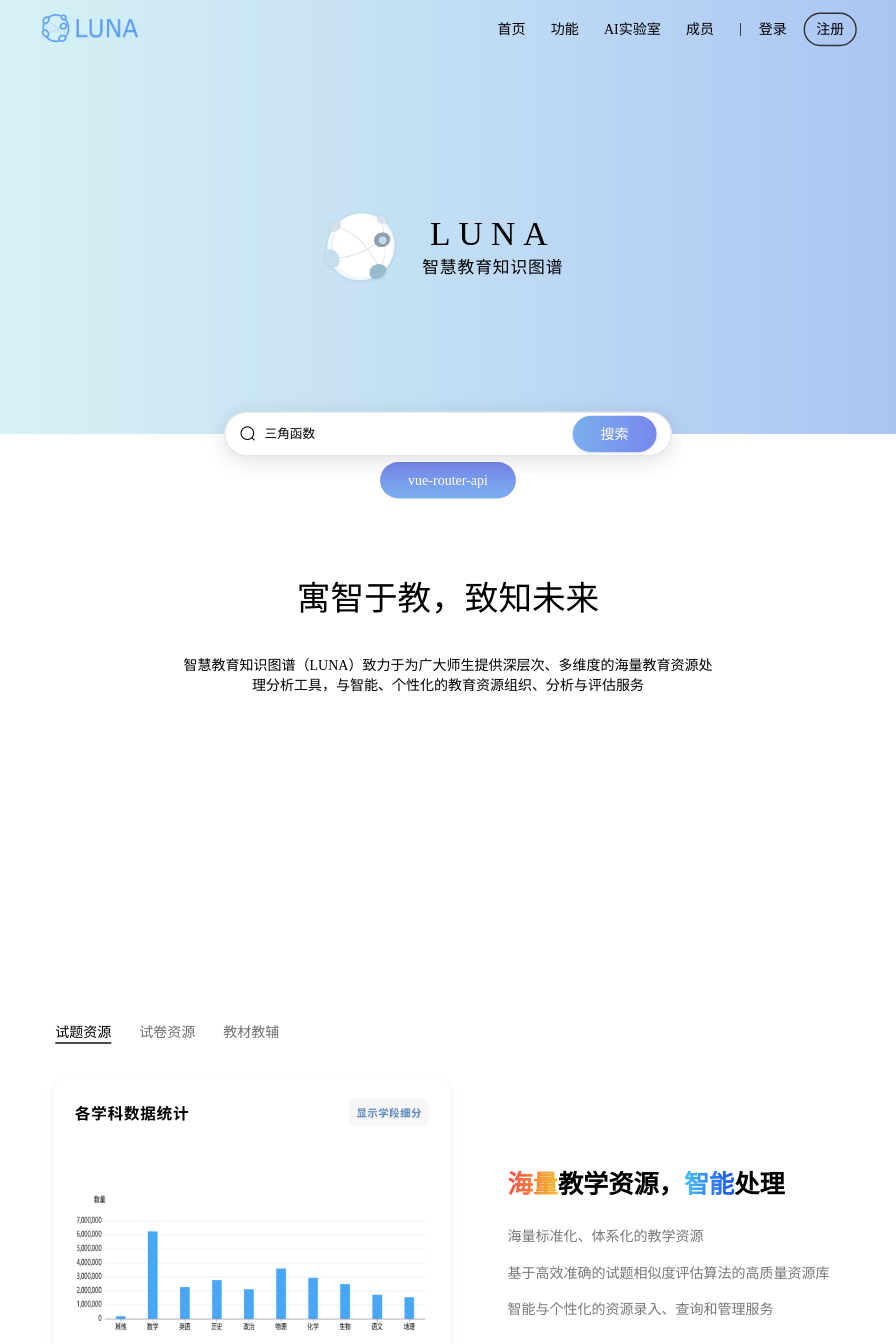
Repository: xydzy1/vue-start
Page: /
The author's editor kept a copy of each file at every save. The page is drawn from the files as they stood at one save, then again after the next save.
The browser window is 1280 px wide. The pictures show the part of the page from y = 0 to 1920 px (the page is 4352 px tall), at 70% of full size.
The project was rebuilt for these pictures with package versions that can differ from the ones it lists, and the page was loaded fresh each time. Also part of the build but not shown: vite.config.js, vue.config.cjs, src/assets/part1.css.

Above is the page before, as saved 2023-08-13 10:37:18.

### index.html
<!doctype html>
<html lang="en">
  <head>
    <meta charset="UTF-8" />
    <link rel="icon" type="image/svg+xml" href="/vite.svg" />
    <meta name="viewport" content="width=device-width, initial-scale=1.0" />
    <title>Vite App</title>
  </head>
  <body>
    <div id="app"></div>
    <script type="module" src="./src/main.js"></script>
  </body>
</html>

### src/main.js
// main.js
import Vue from "vue";
import VueRouter from 'vue-router'
import router from './router'
import App from "./App.vue"
import axios from 'axios'
import './style/tailwind.css'
import ElementUI from "element-ui"
import 'element-ui/lib/theme-chalk/index.css'
import './assets/part1.css'



Vue.use(ElementUI)
Vue.use(VueRouter);

new Vue({
   router,
   el: "#app",
   render: (h) => h(App)
}).$mount();

### src/App.vue
<template>
	<div>
		<router-view/>
	</div>
</template>

<script>

</script>

### src/components/main.vue
<template>
	<body class="font-Sara items-center overflow-x-hidden">
		<part1/>
		<part2/>
		<part3/>
		<part4/>
	</body>
</template>

<style scoped>

</style>

<script>
	import part1 from './all_part/part1.vue'
	import part2 from './all_part/part2.vue'
	import part3 from './all_part/part3.vue'
	import part4 from './all_part/part4.vue'
	export default{
		data() {
			return {}
		},
		methods:{},
		created(){
		},
		components:{part1,part2,part3,part4},
	}
	//导航栏响应滚动变色
	window.onscroll=function(){
		var topScroll =window.pageYOffset;
		console.log(topScroll)
		var nav=document.getElementById("nav");
		if(topScroll>120){
			nav.style.backgroundColor = 'rgba(255,255,255,0.75)';
			nav.style.backdropFilter = 'blur(24px)';
		}
		else{
			nav.style.backgroundColor = '';
			nav.style.backdropFilter = '';
		}
	}

</script>

### src/components/all_part/part1.vue
<template>
    <div>
        <div class="w-full max-w-1280 p-10 md:p-5 absolute flex items-center justify-center h-p1_1_nh md:h-p1_1_wh bg-gradient-to-r from-p1_c3 from-0% via-p1_c2 via-45% to-p1_c1 to-100% bg-opacity-100">
			<div class="fixed flex flex-row top-0 w-full z-50 py-nav_py" id="nav">
				<span class="flex-none pl-14">
					<img src="../../image/logo.png" class="w-36 h-11" >
				</span>
				<span class="flex-1"></span>
				<span class="hidden flex-none md:flex flex-row flex-nowrap max-w-1280 mx-14 text-xl font-medium">
					<button class="pr-3 hover:text-blue-400">首页</button>
					<button class="pr-3 ml-6 hover:text-blue-400">功能</button>
					<button v-for="item in ['AI实验室','成员']" class="ml-6 pr-3 hover:text-blue-400">{{ item }}</button>
					<span class="ml-6 mt-2">|</span>
					<button class="ml-6 hover:text-blue-400 ">登录</button>
					<button class="border-login_cborder border-2 rounded-full pl-4 pr-4 ml-6 py-2 hover:text-blue-400 ">注册</button>
				</span>
				<span class="flex-1 md:hidden">
					<button class="hover:text-blue-400 text-4xl absolute right-4"><i class="el-icon-menu"></i></button>
				</span>
			</div>
			<div class="absolute flex flex-row max-w-1280 bottom-logo_bottom">
				<span class="flex-none">
					<img src="../../image/logo2.png" class="w-32 h-32">
				</span>
				<span class="mx-3 pt-5">
					<h1 class="text-5xl font-medium px-5 tracking-widest">LUNA</h1>
					<h2 class="text-2xl font-normal text-center max-w-760 mt-2 tracking-wider">智慧教育知识图谱</h2>
				</span>
			</div>
			<div class="absolute flex flex-row shadow-p1_shadow max-w-1280 border-2 rounded-full w-auto md:w-160 h-16 mx-15 md:mx-0 bg-white items-center bottom-0 -bottom-8 z-40">
				<i class="el-icon-search text-2xl ml-5 mr-3"></i>
				<div class="w-search_frame_narrow md:w-search_frame_wide">
					<input type="text" class="my-search_frame_my flex-none text-left text-4.5 font-medium w-search_frame_narrow md:w-search_frame_wide flex-none outline-none z-1" placeholder="在此输入知识点名称" v-model="serchinfo">
				</div>
				<button @click='hello' class="shadow-p1_shadow2 transition duration-300 text-center rounded-full px-10 py-3 z-2 text-white text-xl font-normal bg-gradient-to-r from-p1_cbutton1 to-p1_cbutton2">
					搜索
				</button>
			</div>
		</div>
        <div class="w-full max-w-1280 absolute flex items-center justify-center h-p1_2_nh md:h-p1_2_wh mt-p1_1_nh md:mt-p1_1_wh">
			    <div class="absolute top-10">
				    <button @click="hello" class="transition duration-300 rounded-full pl-10 pr-10 pt-3 pb-3 bg-gradient-to-t from-p1_cbutton1 to-p1_cbutton2 text-white text-xl font-normal">
					    vue-router-api
				    </button>
			    </div>
			    <div class="flex-none absolute top-1/3 w-760 text-center text-5xl font-medium">
				    寓智于教，致知未来
			    </div>
			    <div class="flex-none absolute flex top-1/2 w-760 text-center text-xl font-normal">
					智慧教育知识图谱（LUNA）致力于为广大师生提供深层次、多维度的海量教育资源处理分析工具，与智能、个性化的教育资源组织、分析与评估服务
			    </div>
		</div>
    </div>
</template>


<style scoped>
	button{
		transition-duration: 300ms;
	}
	button:active{
		transform: scale(.95);
	}
	button:hover{
		filter: brightness(.9);
	}
</style>

<script>
    export default{
        name: 'part1',
        data() {
			return {
				serchinfo: '三角函数',
			}
		},
		methods:{
			hello() {
				this.$router.replace('/hello');
			},
		},
    }
</script>

### src/components/all_part/part2.vue
<template>
    <div class="absolute w-full max-w-1280 flex items-center justify-center h-1500 minw:h-1000 mt-p2_mt px-10 minw:px-20 py-50">
			<div class="flex flex-col-reverse minw:flex-row flex-none items-center justify-center">
				<div class="flex flex-col items-center justify-center minw:items-stretch mt-20 minw:mt-0">
					<div class="flex flex-row text-xl font-semibold ml-6">
						<div class="flex flex-col" id="b1">
							<button class="flex-none" @click="c1">试题资源</button>
							<p class="w-auto h-0.5 bg-black" id="l1"></p>
						</div>
						<p class="w-10"></p>
						<div class="flex flex-col" id="b2">
							<button class="flex-none" @click="c2">试卷资源</button>
							<p class="w-auto h-0.5 bg-black" id="l2"></p>
						</div>
						<p class="w-10"></p>
						<div class="flex flex-col" id="b3">
							<button class="flex-none" @click="c3">教材教辅</button>
							<p class="w-auto h-0.5 bg-black" id="l3"></p>
						</div>
					</div>
					<div class="flex items-center justify-center mt-8">
						<div class="flex-none">
							<img src="../../image/data.png" class="w-152.5 h-130">
						</div>
					</div>
				</div>
				<div class="flex flex-col mt-36 ml-15">
					<span class="w-125 text-4xl font-bold text-center minw:text-left">
						<span class="bg-gradient-to-r from-p2_cword1_1 to-p2_cword1_2 inline-block bg-clip-text text-transparent">海量</span>
						<span >教学资源，</span>
						<span class="bg-gradient-to-r from-p2_cword2_1 to-p2_cword2_2 inline-block bg-clip-text text-transparent">智能</span>
						<span>处理</span>
					</span>
					<ul class="w-125 text-xl font-normal text-p3_cword4 mt-10 text-center minw:text-left">
						<li>海量标准化、体系化的教学资源</li>
						<li class="pt-6">基于高效准确的试题相似度评估算法的高质量资源库</li>
						<li class="pt-6">智能与个性化的资源录入、查询和管理服务</li>
					</ul>
					<span class="flex flex-row w-125 text-xl text-white font-normal mt-10">
						<button class="bg-p2_cbutton2 pt-3 pb-3 pl-5 pr-5 mr-4  rounded-xl"><i class="el-icon-edit"></i> 试题录入</button>
						<button class="bg-p2_cbutton3 pt-3 pb-3 pl-5 pr-5 mr-4  rounded-xl"><i class="el-icon-search"></i> 试题检索</button>
						<button class="bg-p2_cbutton1 pt-3 pb-3 pl-5 pr-5  rounded-xl"><i class="el-icon-reading"></i> 智能分析</button>
					</span>
				</div>
			</div>
	</div>
</template>

<style>
	button{
		transition-duration: 300ms;
	}
	button:active{
		transform: scale(.95);
	}
	button:hover{
		filter: brightness(.9);
	}
</style>

<script>
    export default{
        name: 'part2',
		data(){
			return{

			}
		},
		methods:{
			c1(){
				var b1=document.getElementById('b1');
				var b2=document.getElementById('b2');
				var b3=document.getElementById('b3');
				var l1=document.getElementById('l1');
				var l2=document.getElementById('l2');
				var l3=document.getElementById('l3');
				b1.style.color='#000000';
				b2.style.color='#707070';
				b3.style.color='#707070';
				l1.style.display='';
				l2.style.display='none';
				l3.style.display='none';
			},
			c2(){
				var b1=document.getElementById('b1');
				var b2=document.getElementById('b2');
				var b3=document.getElementById('b3');
				var l1=document.getElementById('l1');
				var l2=document.getElementById('l2');
				var l3=document.getElementById('l3');
				b1.style.color='#707070';
				b2.style.color='#000000';
				b3.style.color='#707070';
				l1.style.display='none';
				l2.style.display='';
				l3.style.display='none';
			},
			c3(){
				var b1=document.getElementById('b1');
				var b2=document.getElementById('b2');
				var b3=document.getElementById('b3');
				var l1=document.getElementById('l1');
				var l2=document.getElementById('l2');
				var l3=document.getElementById('l3');
				b1.style.color='#707070';
				b2.style.color='#707070';
				b3.style.color='#000000';
				l1.style.display='none';
				l2.style.display='none';
				l3.style.display='';
			}
		},
		mounted(){
			this.c1();
		}
	}
</script>

### src/components/all_part/part3.vue
<template>
    <div class="items-center justify-center py-45 px-10 minw:px-20 absolute w-full max-w-1280 flex flex-col minw:flex-row h-1500 minw:h-1000 mt-p3_mt2 minw:mt-p3_mt1 bg-gradient-to-r from-p3_c1 to-p3_c2">
			<div class="flex-none">
				<div class="flex flex-col items-center minw:items-stretch">
					<span class="flex-none w-125 h-8 text-4xl font-bold text-center minw:text-left">
						<span class="bg-gradient-to-r from-p3_cword1_1 to-p3_cword1_2 inline-block bg-clip-text text-transparent">
							多元
						</span>
						<span>知识点，</span>
						<span class="bg-gradient-to-r from-p3_cword2_1 to-p3_cword2_2 inline-block bg-clip-text text-transparent">
							直观
						</span>
						<span>呈现</span>
					</span>
					<ul class="flex-none text-xl font-normal mt-14 text-p3_cword4 text-center minw:text-left">
						<li>知识点智能化组织与展示</li>
						<li class="pt-6">结构清晰，辅助学生梳理知识</li>
						<li class="pt-6">前驱后继、共同学习和层级关系三种知识关系展示</li>
					</ul>
					<span class="flex-none mt-10 text-white text-xl font-normal">
						<button class="bg-p3_cbutton pl-4 pr-6 pt-3 pb-3 border-2 rounded-xl"><i class="el-icon-right pr-2"></i>立即前往</button>
					</span>
				</div>
			</div>
			<div class="flex-none flex flex-col items-center justify-center px-0 minw:px-20 mt-20 minw:mt-11">
					<div class="w-130 minw:ml-20 h-auto px-8 flex flex-col flex-none border-2 rounded-3xl shadow-p3_shadow bg-white z-0">
						<span class="flex-none">
							<img src="../../image/triangle.png" class="w-114 h-80">
							<img src="../../image/triangle2.png" class="relative left-3/4 w-16 h-28">
						</span>
						<span class="pb-8 mt-8 flex flex-col flex-none">
							<span class="text-2xl font-bold">三角函数</span>
							<span class="text-xl font-normal text-p3_cword3 mt-6 leading-8">
								<p>三角函数是基本初等函数之一，是以角度（数学上最常用弧度制，下同）为自变量，
									角度对应任意角终边与单位圆交点坐标或其比值为因变量的函数...</p>
							</span>
						</span>
					</div>
			</div>
	</div>
</template>

<script>
    export default{
        name: 'part2'
    }
</script>

### src/components/all_part/part4.vue
<template>
    <div class="transition duration-200 ease-in-out">
        <div class="py-66 px-20 absolute flex flex-col w-full max-w-1280 h-auto md:h-1160 mt-p4_mt2 minw:mt-p4_mt1 items-center justify-center">
			<div class="flex-none flex text-4xl ml-24 minw:ml-0 font-bold w-125 ">
				<span class="bg-gradient-to-r from-p4_cword1_1 to-p4_cword1_2 inline-block bg-clip-text text-transparent">
					特色
				</span>
				<span>教育功能，</span>
				<span class="bg-gradient-to-r from-p4_cword2_1 to-p4_cword2_2 inline-block bg-clip-text text-transparent">
					倾力
				</span>
				<span>打造</span>
			</div>
			<div class="flex flex-col minw:flex-row mt-12">
				<div class="flex-none flex flex-col md:flex-row">
					<div class="relative transform hover:-translate-y-4 flex-none flex flex-col w-125 minw:w-72 h-96  rounded-3xl shadow-md mx-4">
						<span>
							<img src="../../image/p4-1.png" class="w-full minw:w-72 h-36 hover:mt-4">
						</span>
						<span class="text-2xl font-bold mt-5 mx-5">试卷分析</span>
						<span class="text-p3_cword3 leading-8 mt-2 mx-5 font-normal">
							<p>使用人工智能和数据挖掘技术在多个层次和维度上分析
							试卷，如各题型占比、知识点分值和难度变化</p>
						</span>
						<span class="absolute bottom-5">
							<button class="text-p4_cbutton pl-5 pt-2">了解更多<i class="el-icon-right pl-2"></i></button>
						</span>
					</div>
					<div class="relative transform hover:-translate-y-4 flex-none flex flex-col w-125 minw:w-72 h-96  rounded-3xl shadow-md mx-4 mt-16 md:mt-0">
						<span>
							<img src="../../image/p4-2.png" class="w-full minw:w-72 h-36">
						</span>
						<span class="text-2xl font-bold mt-5 mx-5">组卷系统</span>
						<span class="text-p3_cword3 leading-8 mt-2 mx-5 font-normal">
							<p>智能组卷系统提供丰富的选题方式，自动组卷，以及个
								性化试卷和答题卡编辑、预览与下载功能</p>
						</span>
						<span class="absolute bottom-5">
							<button class="text-p4_cbutton pl-5 pt-2">了解更多<i class="el-icon-right pl-2"></i></button>
						</span>
					</div>
				</div>
				<div class="flex flex-col md:flex-row">
					<div class="relative transform hover:-translate-y-4 flex-none flex flex-col w-125 minw:w-72 h-96  rounded-3xl shadow-md mx-4 mt-16 minw:mt-0">
						<span>
							<img src="../../image/p4-3.png" class="w-full minw:w-72 h-36">
						</span>
						<span class="p-5">
							<span class="text-2xl font-bold">AI实验室</span>
							<span class="text-p3_cword3 leading-8 mt-2 font-normal">
								<p>由LUNA团队提供和维护，依托领先的技术实力，
									为用户提供高品质的教育产品及服务</p>
							</span>
							<span class="absolute bottom-5">
								<button class="text-p4_cbutton pt-2">立即前往<i class="el-icon-right pl-2"></i></button>
							</span>
						</span>
					</div>
					<div class="relative transform hover:-translate-y-4 flex-none flex flex-col w-125 minw:w-72 h-96  rounded-3xl shadow-md mx-4 mt-16 minw:mt-0">
						<span>
							<img src="../../image/p4-3.png" class="w-full minw:w-72 h-36">
						</span>
						<span class="text-2xl font-bold mt-5 mx-5">智能教辅平台</span>
						<span class="text-p3_cword3 leading-8 mt-2 mx-5 font-normal">
							<p>深层次多维度海量教育资源分析，个性化资源管理
								、组织功能，为教师提供智能化教学服务</p>
						</span>
						<span class="absolute bottom-5">
							<button class="text-p4_cbutton pl-5 pt-2">立即前往<i class="el-icon-right pl-2"></i></button>
						</span>
					</div>
				</div>
			</div>
			<div class="w-full max-w-1280 py-8 px-72 absolute bottom-0 flex h-40 bg-gray-300 items-center justify-center">
			<div class="flex-none flex flex-col">
				<span class="flex flex-row text-gray-400 text-xl font-normal">
					<span>服务条款</span>
					<span class="ml-14">|</span>
					<span class="ml-14">隐私政策</span>
					<span class="ml-14">|</span>
					<span class="ml-14">联系我们</span>
				</span>
				<span class="flex flex-row text-gray-400 text-xl font-normal pt-4">
					<span>LUNA水镜智能</span>
					<span class="ml-1">©</span>
					<span class="ml-1">大数据分析与应用安徽省重点实验室</span>
				</span>
			</div>
			</div>
		</div>
    </div>
</template>

<script>
    export default{
        name: 'part2'
    }
</script>

### tailwind.config.cjs
module.exports = {
  purge: ['./index.html', './src/**/*.{vue,js,ts,jsx,tsx}'],
  darkMode: false, // or 'media' or 'class'
  theme: {
    extend: {
      colors: {
        //background color
        p1_c1: '#ABC5F3',
        p1_c2: '#C2DEF4',
        p1_c3: '#D5F2F4',
        p3_c1: '#FFF5F5',
        p3_c2: '#DDE2F6',
        //button color
        login_cborder: '#313131',
        p1_cbutton1: '#7BAFEE',
        p1_cbutton2: '#7786EB',
        p2_cbutton1: '#766AD4',
        p2_cbutton2: '#D46A6A',
        p2_cbutton3: '#6A91D4',
        p3_cbutton: '#6291C4',
        p4_cbutton: '#4E89FF',
        //text color
        p2_cword1_1: '#FF4848',
        p2_cword1_2: '#F0BC2D',
        p2_cword2_1: '#4CC1F7',
        p2_cword2_2: '#1A52EE',
        p2_cword3: '#707070',
        p3_cword1_1: '#23A1CB',
        p3_cword1_2: '#3AF4EB',
        p3_cword2_1: '#F74CBE',
        p3_cword2_2: '#1A52EE',
        p3_cword3: '#9E9E9E',
        p3_cword4: '#787878',
        p4_cword1_1: '#FF3C3C',
        p4_cword1_2: '#663CFF',
        p4_cword2_1: '#F74C88',
        p4_cword2_2: '#CA0F9E',
      },
      container: {
        center: true,
        padding: '10px',
      },
      boxShadow: {
        'p1_shadow': '0px 6px 32px 0px rgba(0, 0, 0, 0.12)',
        'p1_shadow2': '1px 2px 6px 0px rgba(0, 0, 0, 0.08)',
        'p3_shadow': '0px 4px 12px 0px rgba(0, 0, 0, 0.06)',
      },
      spacing:{
        '11': '44px',
        '15': '60px',
        'nav_py': '17.5px',
        'search_frame_my': '19px',
        '4.5': '22px',
        '25': '100px',
        '41.5': '166px',
        '45': '180px',
        '50': '200px',
        'logo_bottom': '202px',
        '66': '264px',
        'search_frame_narrow' : '320px',
        'search_frame_wide': '440px',
        '114': '456px',
        '125': '500px',
        '130': '520px',
        '140': '560px',
        '152.5': '610px',
        'p1_1_wh': '620px',
        'p1_1_nh': '660px',
        'p1_2_wh' : '632px',
        'p1_2_nh' : '592px',
        '160': '640px',
        '760': '760px',
        '1000': '1000px',
        'p4_h': '1160px',
        '1280': '1280px',
        '1500': '1500px',
        'p2_mt': '1252px',
        'p3_mt1': '2352px',
        'p3_mt2': '2852px',
        'p4_mt1': '3352px',
        'p4_mt2': '4352px',
        'p4_mt3': '5352px',
        '3/5': '60%',
        '1/7': '14.2857143%',
        '1/8': '12.5%',
      },
      letterSpacing: {
        'widest': '.24em',
      },
      flexBasis: {
        '1/7': '14.2857143%',
        '2/7': '28.5714286%',
        '4/7': '57.1428571%',
      },
      fontFamily: {
        'Sara': ['Sarasa Gothic SC'],
      },
      fontSize: {
        '4.5': ['18px', '26px'],
      },
      lineHeight: {
        '12': '3rem',
      },
      screens: {
        'minw': '1200px',
      },
    },
  },
  variants: {
    extend: {},
  },
  plugins: [],
}

Loaded but not shown: src/style/tailwind.css (common file); src/router/index.js (28 lines, source omitted)

After the next save:
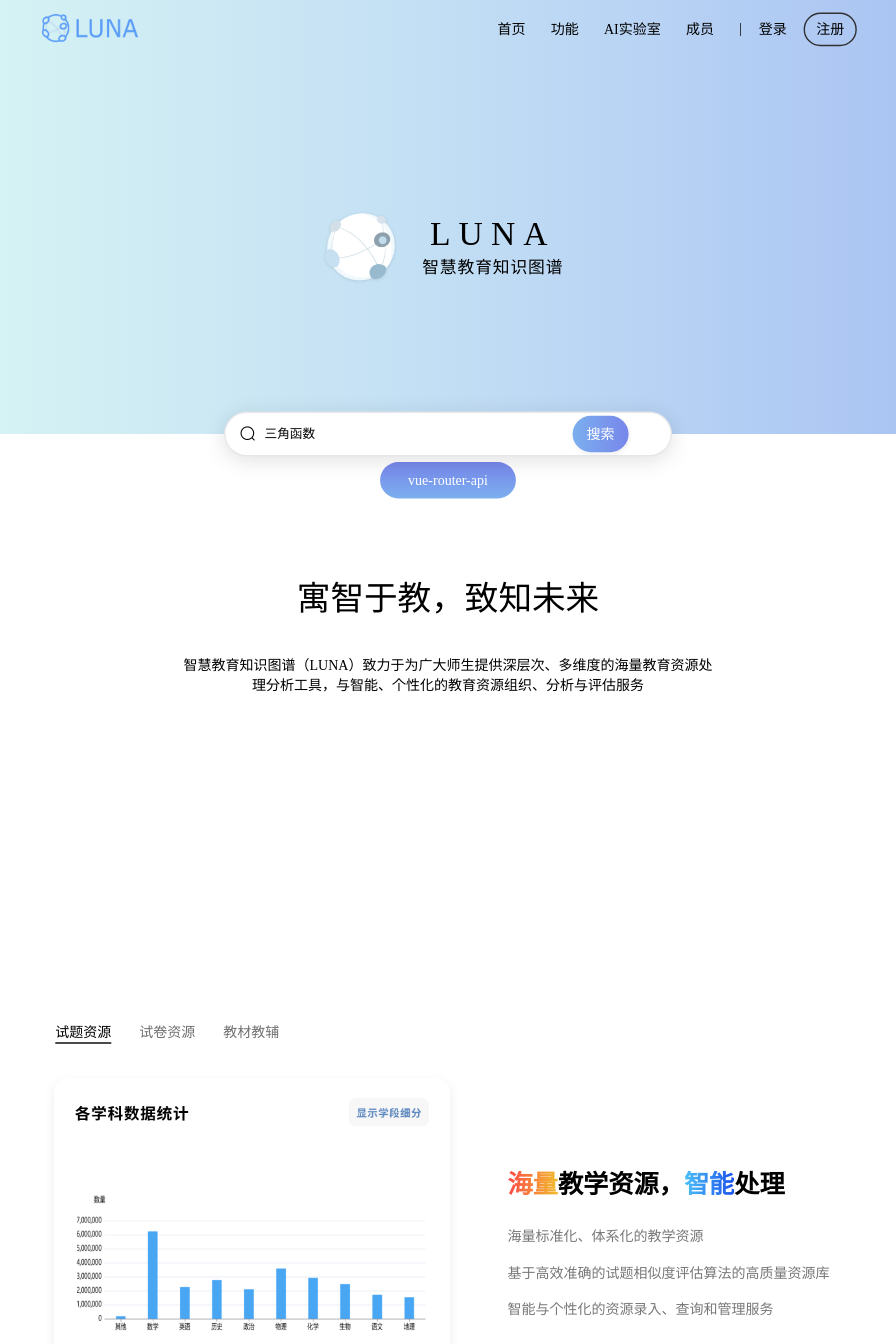
Saved 17 s later.
--- a/src/components/all_part/part1.vue
+++ b/src/components/all_part/part1.vue
@@ -32,7 +32,7 @@
 				<div class="w-search_frame_narrow md:w-search_frame_wide">
 					<input type="text" class="my-search_frame_my flex-none text-left text-4.5 font-medium w-search_frame_narrow md:w-search_frame_wide flex-none outline-none z-1" placeholder="在此输入知识点名称" v-model="serchinfo">
 				</div>
-				<button @click='hello' class="shadow-p1_shadow2 transition duration-300 text-center rounded-full px-10 py-3 z-2 text-white text-xl font-normal bg-gradient-to-r from-p1_cbutton1 to-p1_cbutton2">
+				<button @click='hello' class="shadow-p1_shadow2 transition duration-300 text-center rounded-full px-5 py-3 z-2 text-white text-xl font-normal bg-gradient-to-r from-p1_cbutton1 to-p1_cbutton2">
 					搜索
 				</button>
 			</div>

After the save that followed:
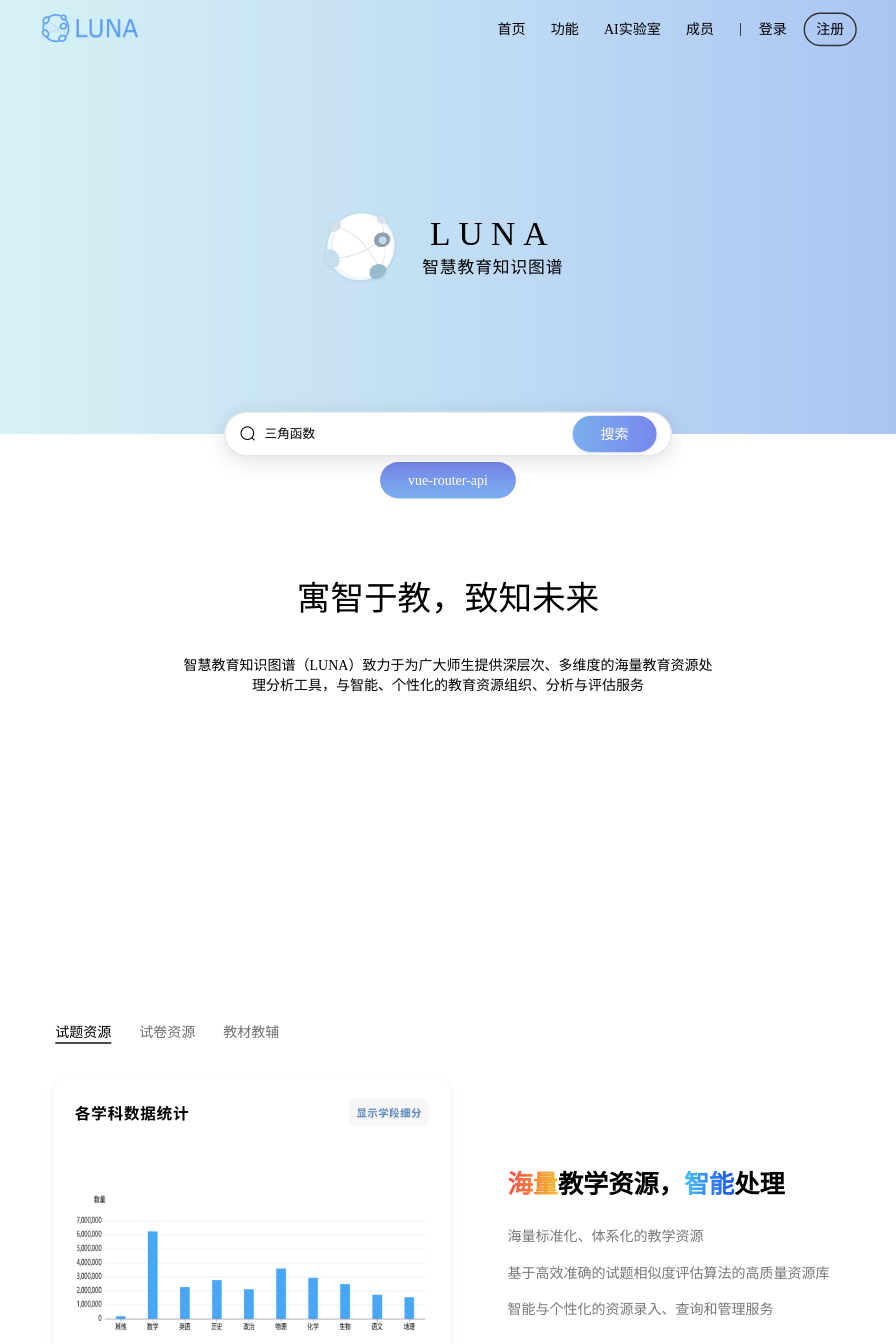
Saved 6 s later.
--- a/src/components/all_part/part1.vue
+++ b/src/components/all_part/part1.vue
@@ -32,7 +32,7 @@
 				<div class="w-search_frame_narrow md:w-search_frame_wide">
 					<input type="text" class="my-search_frame_my flex-none text-left text-4.5 font-medium w-search_frame_narrow md:w-search_frame_wide flex-none outline-none z-1" placeholder="在此输入知识点名称" v-model="serchinfo">
 				</div>
-				<button @click='hello' class="shadow-p1_shadow2 transition duration-300 text-center rounded-full px-5 py-3 z-2 text-white text-xl font-normal bg-gradient-to-r from-p1_cbutton1 to-p1_cbutton2">
+				<button @click='hello' class="shadow-p1_shadow2 transition duration-300 text-center rounded-full px-10 py-3 z-2 text-white text-xl font-normal bg-gradient-to-r from-p1_cbutton1 to-p1_cbutton2">
 					搜索
 				</button>
 			</div>
